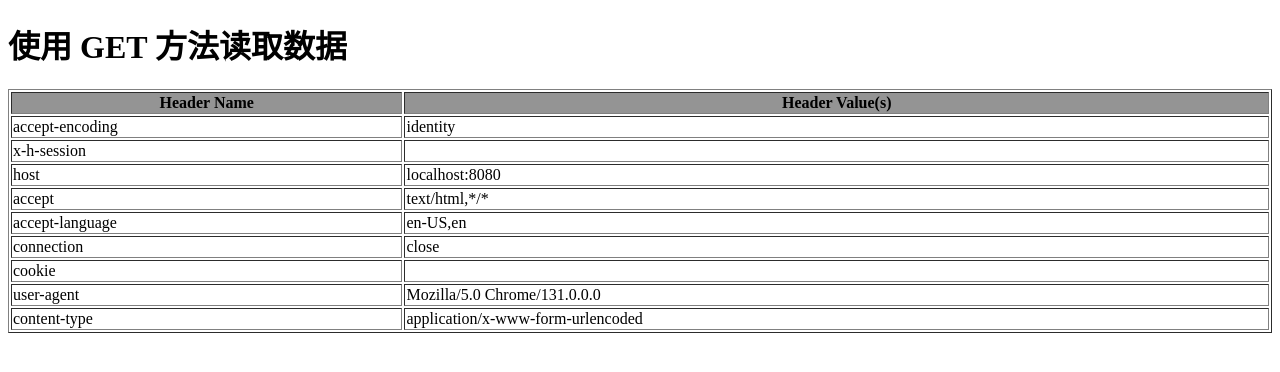
Repository: eterinfi/java
Page: http://localhost/JSPDemo/HelloForm.jsp
These files come from the project's save history. The page is drawn as it stood at one moment and after the next save; the edit follows.
The browser window is 1280 px wide. The pictures show the whole page.
The page is served by Tomcat 9.

Above is the page before, as saved 2016-11-12 15:44:43.

After the next save:
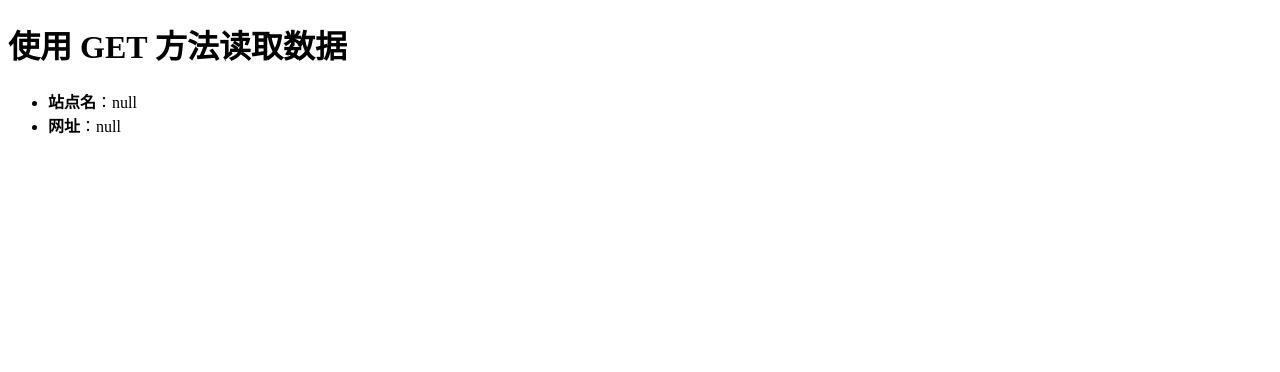
Saved 3 min 56 s later.
--- a/jee/JSPDemo/WebContent/HelloForm.jsp
+++ b/jee/JSPDemo/WebContent/HelloForm.jsp
@@ -8,20 +8,10 @@
   <title>菜鸟教程(runoob.com)</title>
 </head>
 <body>
-  <h1>使用 <%=request.getMethod() %> 方法读取数据</h1>
-  <table width="100%" border="1" align="center">
-    <tr bgcolor="#949494">
-      <th>Header Name</th><th>Header Value(s)</th>
-    </tr>
-    <%
-      Enumeration<String> headerNames = request.getHeaderNames();
-      while(headerNames.hasMoreElements()) {
-    	  String paramName = (String)headerNames.nextElement();
-    	  String paramValue = request.getHeader(paramName);
-    	  out.print("<tr><td>" + paramName + "</td>");
-    	  out.println("<td>" + paramValue + "</td></tr>");
-      }
-    %>
-  </table>
+  <h1>使用 <%= request.getMethod()%> 方法读取数据</h1>
+  <ul>
+    <li><b>站点名</b>：<%= request.getParameter("name")%></li>
+    <li><b>网址</b>：<%= request.getParameter("url") %></li>
+  </ul>
 </body>
 </html>
